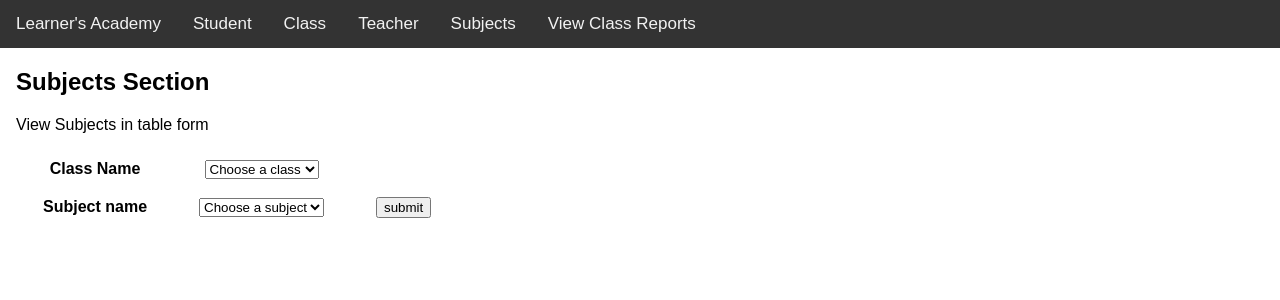
Repository: chirag627/Phase-2-Project
Page: http://localhost/Academy/web/class/assign_teacher.jsp
These files come from the project's save history. The page is drawn as it stood at one moment and after the next save; the edit follows.
The browser window is 1280 px wide. The pictures show the whole page.
The page is served by Tomcat 9. The template is opened directly, without the code that normally fills it, so the values that code supplies are empty.

Above is the page before, as saved 2022-08-15 12:57:22.

After the next save:
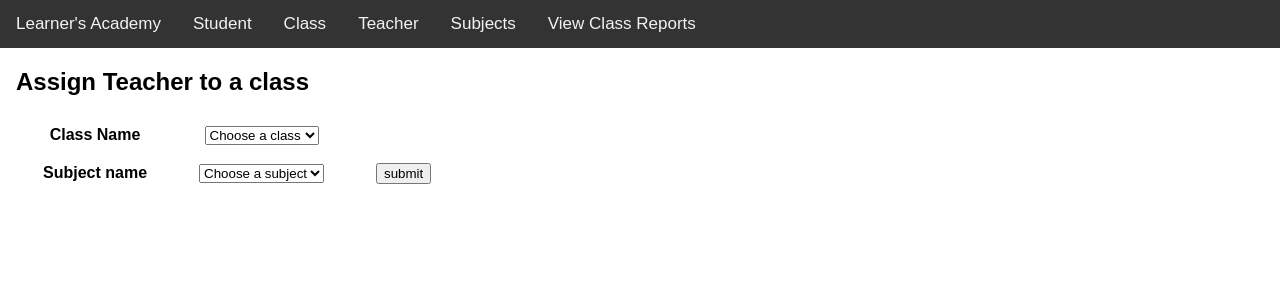
Saved 53 s later.
--- a/Academy/src/main/webapp/web/class/assign_teacher.jsp
+++ b/Academy/src/main/webapp/web/class/assign_teacher.jsp
@@ -45,8 +45,8 @@ ul li a {
 	</div>
 
 	<div style="padding-left: 16px">
-		<h2>Subjects Section</h2>
-		<p>View Subjects in table form</p>
+		<h2>Assign Teacher to a class</h2>
+		<p></p>
 	</div>
 	<div style="margin-left: 16px">
 		<%
